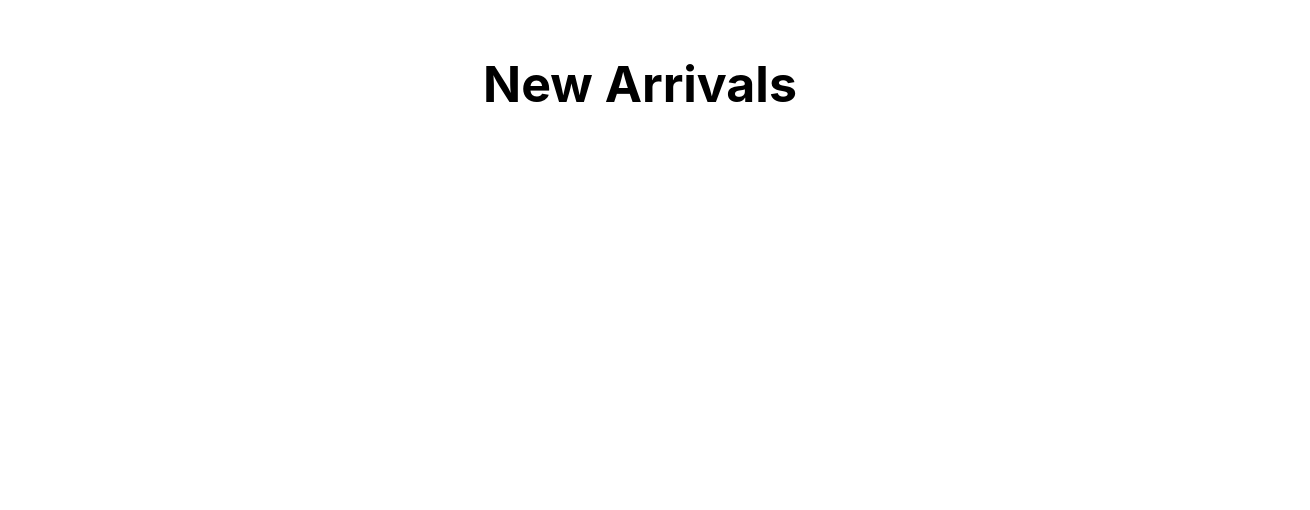
Repository: 0584386177/CuoiKiReactJs
Page: /
An editor plug-in stored every save of this project. The page is shown before and after the next save, followed by the edit.
The browser window is 1280 px wide. The page is 1310 px wide, so the pictures cover 1310 px, including what lies to the right of the window. The pictures show the part of the page from y = 390 to 900 px (the page is 1390 px tall).
Pictures or frames that could not be fetched are drawn as grey boxes. The page's requests for data from a server got no answer. The project was rebuilt for these pictures with package versions that can differ from the ones it lists, and the page was loaded fresh each time. No one was signed in, and anything a server would have sent is missing. Also part of the build but not shown: src/components/Men/Men.jsx, src/components/Women/Women.jsx.

Above is the page before, as saved 2023-11-10 23:10:01.

### src/App.js
import React from 'react';
import Page from './components/Page/Page';
import { Route,Routes } from 'react-router-dom';
import Men from './components/Men/Men';
import Women from './components/Women/Women';

const App = () => {
  return (
    <div>
      <Routes>
        <Route path='/' element = {<Page></Page>}></Route>
        <Route path='/women' element = {<Women></Women>}></Route>
        <Route path='/men' element={<Men></Men>}></Route>
      </Routes>
    </div>
  );
};

export default App;

### src/components/Page/Page.jsx
import React from 'react';
import Header from './Header';
import styled from 'styled-components';
import Slider from './Slider';
import NewArrivals from './NewArrivals';
const PageWrapper = styled.div`
    width: 100%;
    height: 100vh;
    max-width:1980px;
    margin: 0 auto;

`
const Page = () => {
    return (
        <PageWrapper>
        <Header/>
        <Slider/>
        <NewArrivals/>
        </PageWrapper>
    );
};

export default Page;

### src/components/Page/Header.jsx
import React from "react";
import styled from "styled-components";

const HeaderWrapper = styled.div`
  width: 100%;
  height: 90px;
  display: flex;
  justify-content: space-around;
  align-items: center;
`;
const HeaderLogo = styled.div`
  font-size: 15px;
`;
const HeaderMenu = styled.div`
  ul {
    display: flex;
    list-style: none;

    li {
      padding: 10px 20px;

      a {
        display: block;
        padding: 10px 20px;
        text-decoration: none;
        color: #000;
        font-weight: 500;
        font-size: 17px;
        position: relative;
      }
      a::before {
        content: "";
        position: absolute;
        left: 0;
        bottom: 0;
        height: 2px;
        background: #000000;
        transition: all 0.3s ease;
      }
      a:hover::before {
        width: 100%;
        animation: fluent 0.5s forwards;
      }
    }

    @keyframes fluent {
      0% {
        width: 0px;
      }
      100% {
        width: 100%;
      }
    }
  }
`;
const HeaderFeatures = styled.div`
  display: flex;
  align-items: center;
  width: 340px;
  height: 100%;
`;
const HeaderSearch = styled.div`
  width: 200px;
  height: 30px;
  position: relative;

  input {
    width: 200px;
    height: 30px;
  }
  i {
    position: absolute;
    right: 0;
    top: 50%;
    transform: translateY(-50%);
  }
`;
const HeaderAccount = styled.div`
  margin: 0px 25px;
  font-size: 30px;
`;
const HeaderCart = styled.div`
    font-size: 25px;
`;

const Header = () => {
  return (
    <HeaderWrapper>
      <HeaderLogo>
        <h1>NHOM BAO</h1>
      </HeaderLogo>
      <HeaderMenu>
        <ul>
          <li>
            <a href="#">NEW</a>
          </li>
          <li>
            <a href="#">NỮ</a>
          </li>
          <li>
            <a href="#">NAM</a>
          </li>
          <li>
            <a href="#">GOLF</a>
          </li>
        </ul>
      </HeaderMenu>
      <HeaderFeatures>
        <HeaderSearch className="search">
          <input type="text" placeholder="search..."></input>
          <i class="fa-solid fa-magnifying-glass"></i>
        </HeaderSearch>
        <HeaderAccount className="account">
          <i class="fa-solid fa-person"></i>
        </HeaderAccount>
        <HeaderCart className="cart">
          <i class="fa-solid fa-cart-shopping"></i>
        </HeaderCart>
      </HeaderFeatures>
    </HeaderWrapper>
  );
};

export default Header;

### src/components/Page/Slider.jsx
import React, { useState } from "react";
import styled from "styled-components";

const SliderWrapper = styled.div`
  width: 100%;
  height :800px;
  position: relative;
`;
const SliderButton = styled.div`
  width: 100%;
  position: absolute;
  top: 29%;
  left: 0;
  transform: translateY(-29%);
  display: flex;
  justify-content: space-between;
  align-items: center;
`;
const SliderNext = styled.button`
  width: 50px;
  height: 50px;
  color: white;
  background-color: rgba(76, 78, 80, 0.5);
  outline: none;
  border: none;
  margin-right: 5px;
  font-size: 20px;
  cursor: pointer;
`;
const SliderPre = styled.button`
  width: 50px;
  height: 50px;
  color: white;
  background-color: rgba(76, 78, 80, 0.5);
  outline: none;
  border: none;
  margin-left: 5px;
  font-size: 20px;
  cursor: pointer;
`;
const ArrivalsTitle = styled.div`
  position: relative;

  h1{
    position:absolute;
    top: 50%;
    left: 50%;
    transform: translate(-50%,-50%);
    margin: 5rem 0px;
    font-size: 50px;
  }
`
const Slider = () => {
  const arrayImage = [
    "https://file.hstatic.net/1000143422/file/desktop_banner_slider_1920x600_2link_ult-trn_4b3327ceb7184530ae9783ad00500c46.jpg",
    "https://file.hstatic.net/1000143422/file/desktop_banner_slider_1920x600_2link_street_9e990a78d04646e3ae0fe35feb29b499.jpg",
    "https://file.hstatic.net/1000143422/file/hero-desk_c4-w-1920x720_0cadeff9488b4baab4c417601e60ba7a.jpg",
    "https://file.hstatic.net/1000143422/file/ec-desktop_banner_1920x600px_062fbb7c60db49ada98de87f9f03862c.png",
    "https://file.hstatic.net/1000143422/file/desktop_banner_slider_1920x600_2link_soft_dd3b9719fd3e4818bb108c020a9af7a2.jpg",
  ];

  const [ImageIndexCurrent, setImageIndexCurrent] = useState(0);
  const handleClickNext = () => {
    setImageIndexCurrent(ImageIndexCurrent + 1);
    if (ImageIndexCurrent === 4) setImageIndexCurrent(0);
  };
  const handleClickPre = () => {
    setImageIndexCurrent(ImageIndexCurrent - 1);
    if (ImageIndexCurrent === 0) setImageIndexCurrent(4);
  };
  return (
    <SliderWrapper>
      <div className="image">
        <img src={arrayImage[ImageIndexCurrent]} alt=""></img>
      </div>
      <SliderButton>
        <SliderPre onClick={handleClickPre}>
          <i class="fa-solid fa-arrow-left"></i>
        </SliderPre>
        <SliderNext onClick={handleClickNext}>
          <i class="fa-solid fa-arrow-right"></i>
        </SliderNext>
      </SliderButton>
      <ArrivalsTitle>
        <h1>New Arrivals</h1>
      </ArrivalsTitle>

    </SliderWrapper>
  );
};

export default Slider;

### src/components/Page/NewArrivals.jsx
import React, { useEffect, useState } from "react";
import styled from "styled-components";

const ArrivalsWrapper = styled.div`
  width: 100%;
  height: 500px;
  display: flex;
  justify-content: center;
`;
// const ArrivalsTitle = styled.h1`
//   padding: 20px 0px;
// `;
const ArrivalsItems = styled.div`
  display: flex;
`;

const ArrivalsItem = styled.div`
  width: 315px;
  height: 405px;
  padding: 10px 10px;
  display: flex;
  flex-direction: column;
  align-items: center;
`;
const ItemImg = styled.img`
  width: 100%;
  height: 300px;
  object-fit: cover;
  flex-shrink: 0;
`;
const api = "http://localhost:3000/products";
const NewArrivals = () => {
  const [products, setProducts] = useState([null]);
  console.log(products);
  useEffect(() => {
    const fetchData = async () => {
      const response = await fetch(api);
      const data = await response.json();
      return setProducts(data);
    };
    fetchData();
  }, []);
  return (
    <ArrivalsWrapper>
      {/* <ArrivalsTitle>NEW ARRIVALS</ArrivalsTitle> */}

      <ArrivalsItems>
        {/* {Array(4)
          .fill(null)
          .map((item, index) => {
            return (
              <ArrivalsItem>
                <ItemImg src="https://source.unsplash.com/random" alt="" />
                <h4>ECCOs</h4>
              </ArrivalsItem>
            );
          })} */}
        <ArrivalsItem>
          <ItemImg src="https://source.unsplash.com/random" alt="" />
          <h4>ECCOs</h4>
        </ArrivalsItem>{" "}

        <ArrivalsItem>
          <ItemImg src="https://source.unsplash.com/random" alt="" />
          <h4>ECCO</h4>
        </ArrivalsItem>
        <ArrivalsItem>
          <ItemImg src="https://source.unsplash.com/random" alt="" />
          <h4>ECCO</h4>
        </ArrivalsItem>
        <ArrivalsItem>
          <ItemImg src="https://source.unsplash.com/random" alt="" />
          <h4>ECCOs</h4>
        </ArrivalsItem>
      </ArrivalsItems>
    </ArrivalsWrapper>
  );
};

export default NewArrivals;

Loaded but not shown: public/index.html (common file); src/index.js (common file); src/index.css (common file); src/reportWebVitals.js (common file)

After the next save:
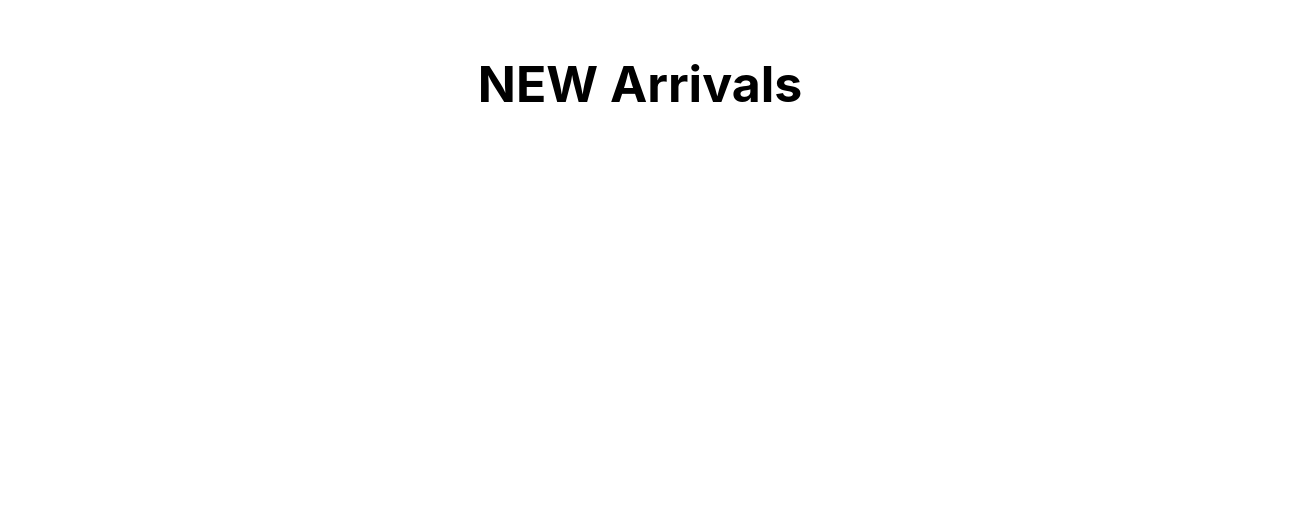
Saved 9 s later.
--- a/src/components/Page/Slider.jsx
+++ b/src/components/Page/Slider.jsx
@@ -82,7 +82,7 @@ const Slider = () => {
         </SliderNext>
       </SliderButton>
       <ArrivalsTitle>
-        <h1>New Arrivals</h1>
+        <h1>NEW Arrivals</h1>
       </ArrivalsTitle>
 
     </SliderWrapper>
